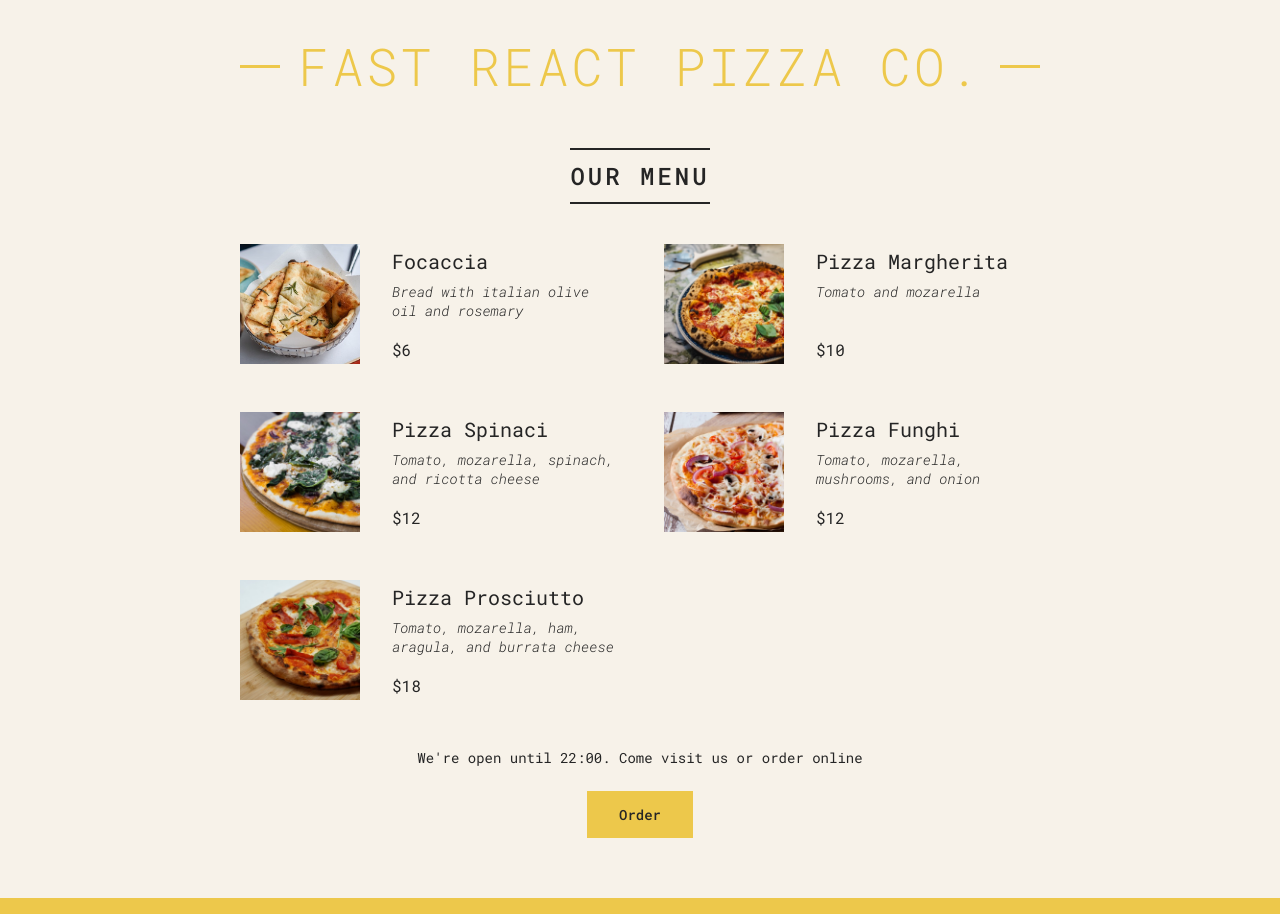
Repository: ahmedharidy/First-React-App
Page: /
These files come from the project's save history. The page is drawn as it stood at one moment and after a run of saves; the edit follows.
The browser window is 1280 px wide. The pictures show the whole page.
The project was rebuilt for these pictures with package versions that can differ from the ones it lists, and the page was loaded fresh each time.

Above is the page before, as saved 2026-09-23 04:20:47.

### src/index.js
import React from "react";
import ReactDOM from "react-dom/client";
import "./index.css";

const pizzaData = [
  {
    name: "Focaccia",
    ingredients: "Bread with italian olive oil and rosemary",
    price: 6,
    photoName: "pizzas/focaccia.jpg",
    soldOut: false,
  },
  {
    name: "Pizza Margherita",
    ingredients: "Tomato and mozarella",
    price: 10,
    photoName: "pizzas/margherita.jpg",
    soldOut: false,
  },
  {
    name: "Pizza Spinaci",
    ingredients: "Tomato, mozarella, spinach, and ricotta cheese",
    price: 12,
    photoName: "pizzas/spinaci.jpg",
    soldOut: false,
  },
  {
    name: "Pizza Funghi",
    ingredients: "Tomato, mozarella, mushrooms, and onion",
    price: 12,
    photoName: "pizzas/funghi.jpg",
    soldOut: false,
  },
  {
    name: "Pizza Salamino",
    ingredients: "Tomato, mozarella, and pepperoni",
    price: 15,
    photoName: "pizzas/salamino.jpg",
    soldOut: true,
  },
  {
    name: "Pizza Prosciutto",
    ingredients: "Tomato, mozarella, ham, aragula, and burrata cheese",
    price: 18,
    photoName: "pizzas/prosciutto.jpg",
    soldOut: false,
  },
];
function App() {
  return (
    <div className="container">
      <Header />
      <Menu />
      <Footer />
    </div>
  );
}

function Header() {
  //   const style = { color: "red", fontSize: "48px", textTransform: "uppercase" };
  const style = {};
  return (
    <header className="header">
      <h1 style={style}>Fast react pizza co.</h1>
    </header>
  );
}
function Menu() {
  const pizzas = pizzaData;
  const numPizzas = pizzas.length;
  return (
    <main className="menu">
      <h2>Our menu</h2>

      {numPizzas > 0 ? (
        <ul className="pizzas">
          {pizzas.map((pizza) => (
            <Pizza pizzaObj={pizza} key={pizza.name} />
          ))}
        </ul>
      ) : (
        <p>We're still working on our menu. please com back later:</p>
      )}

      {/* <Pizza
        name="pizza spinaci"
        ingredient="Bread with italian olive oil and rosemary"
        photoName="pizzas/spinaci.jpg"
        price={10}
      />

      <Pizza
        name="pizza funghi"
        ingredient="Bread with tomato and mushrooms"
        photoName="pizzas/funghi.jpg"
        price={50}
      /> */}
    </main>
  );
}

function Pizza(props) {
  if (props.pizzaObj.soldOut) return null;

  return (
    <li className="pizza">
      <img src={props.pizzaObj.photoName} alt={props.pizzaObj.name}></img>
      <div>
        <h3>{props.pizzaObj.name}</h3>
        <p>{props.pizzaObj.ingredients}</p>
        <span>${props.pizzaObj.price}</span>
      </div>
    </li>
  );
}

function Footer() {
  const hour = new Date().getHours();
  const openHour = 12;
  const closeHour = 22;
  const isOpen = hour >= openHour && hour <= closeHour;
  //   if (hour >= openHour && hour <= closeHour) alert("were currently open!");
  //   else alert("sorry were closed");
  if (!isOpen)
    return (
      <p>
        We're happy to welcome you between {openHour} and {closeHour}
      </p>
    );

  return (
    <footer className="footer">
      {isOpen ? (
        <div className="order">
          <p>We're open until {closeHour}:00. Come visit us or order online</p>
          <button className="btn">Order</button>
        </div>
      ) : (
        <p>
          We're happy to welcome you between {openHour} and {closeHour}
        </p>
      )}
    </footer>
  );
  //   return React.createElement("footer", null, "we're currently open");
}

const root = ReactDOM.createRoot(document.getElementById("root"));

root.render(<App />);

Loaded but not shown: public/index.html (common file); src/index.css (common file)

After the next 4 saves:
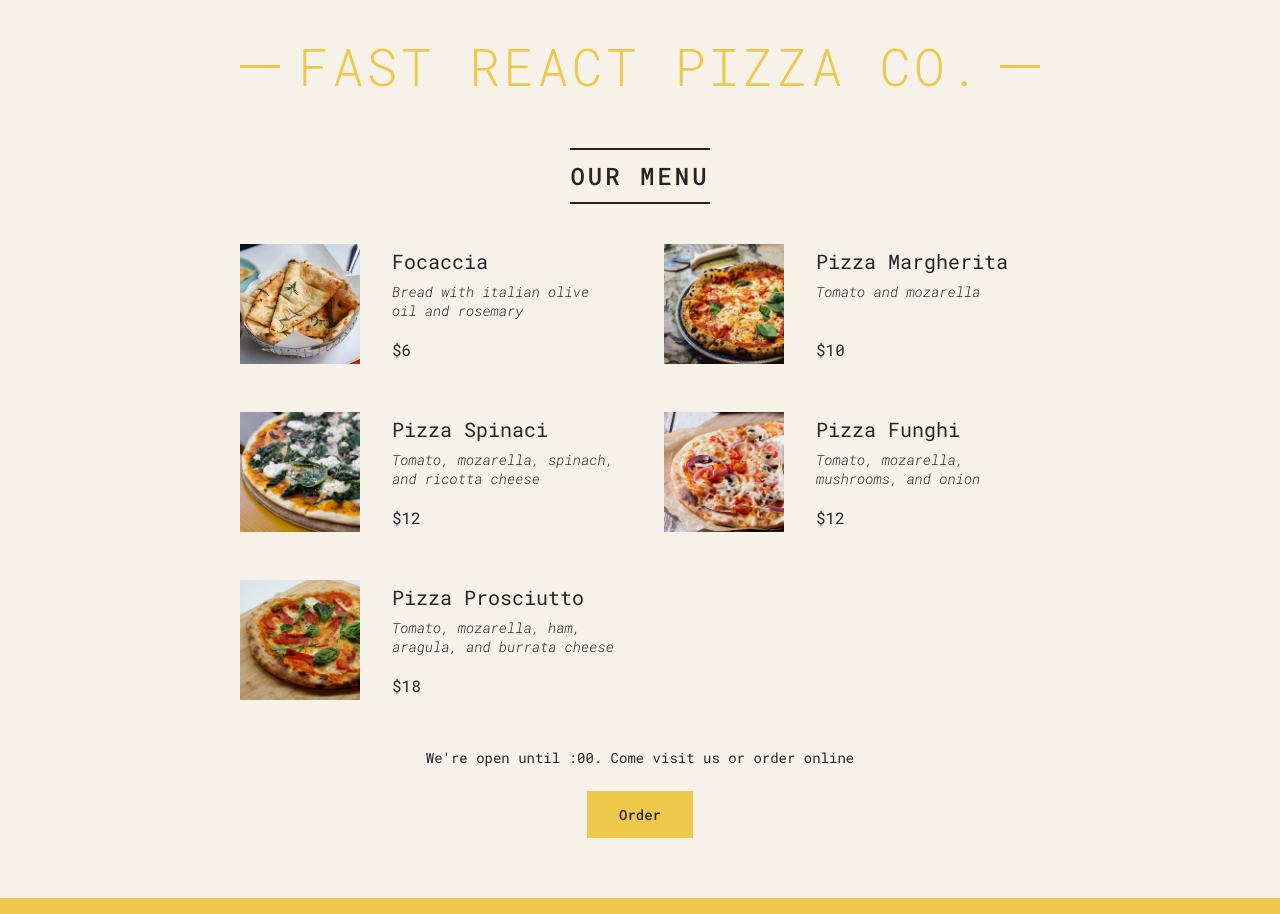
The 4 saves are shown as one change because 3 did not build or start.
The last was saved 6 min 27 s later.
--- a/src/index.js
+++ b/src/index.js
@@ -131,10 +131,7 @@ function Footer() {
   return (
     <footer className="footer">
       {isOpen ? (
-        <div className="order">
-          <p>We're open until {closeHour}:00. Come visit us or order online</p>
-          <button className="btn">Order</button>
-        </div>
+        <Order openHour={openHour} />
       ) : (
         <p>
           We're happy to welcome you between {openHour} and {closeHour}
@@ -145,6 +142,17 @@ function Footer() {
   //   return React.createElement("footer", null, "we're currently open");
 }
 
+function Order(props) {
+  return (
+    <div className="order">
+      <p>
+        We're open until {props.closeHour}:00. Come visit us or order online
+      </p>
+      <button className="btn">Order</button>
+    </div>
+  );
+}
+
 const root = ReactDOM.createRoot(document.getElementById("root"));
 
 root.render(<App />);
